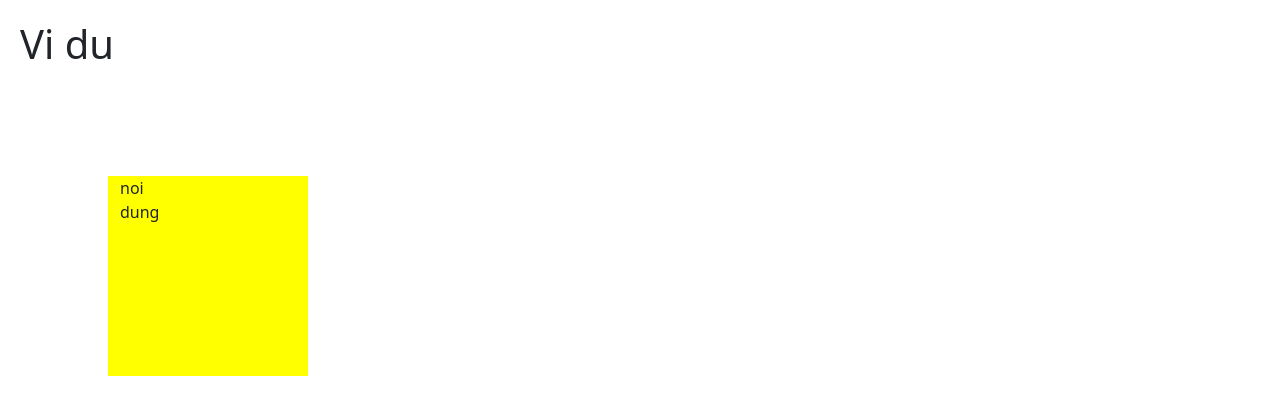
Repository: thanhp6868/ltWeb
Page: 0410/1/1.html
An editor plug-in stored every save of this project. The page is shown before and after the next save, followed by the edit.
The browser window is 1280 px wide. The pictures show the whole page.
The pointer rests on the first visible `#vidu_transition`.

Above is the page before, as saved 2023-10-04 14:01:34.

### 0410/1/1.html
<!DOCTYPE html>
<html lang="en">

<head>
    <meta charset="UTF-8">
    <link href="https://cdn.jsdelivr.net/npm/bootstrap@5.2.3/dist/css/bootstrap.min.css" rel="stylesheet"
        integrity="sha384-rbsA2VBKQhggwzxH7pPCaAqO46MgnOM80zW1RWuH61DGLwZJEdK2Kadq2F9CUG65" crossorigin="anonymous">
    <meta name="viewport" content="width=device-width, initial-scale=1.0">
    <link rel="stylesheet" type="" href="style1.css">
    <title>Document</title>
</head>

<body style="padding: 20px;">
    <h1>Vi du</h1>
    <div class="row">
        <div id="vidu_transition">
            <div class="col-3" ,>
                noi dung
            </div>
        </div>
    </div>
</body>

</html>

### 0410/1/style1.css
#vidu_transition{
    height: 100px;
    width: 100px;
    background-color: bisque;
    transition: 0.5s;

}
#vidu_transition:hover{
    transform: translate(100px,100px);
        height: 200px;
        width: 200px;
        background-color: yellow;
}

After the next save:
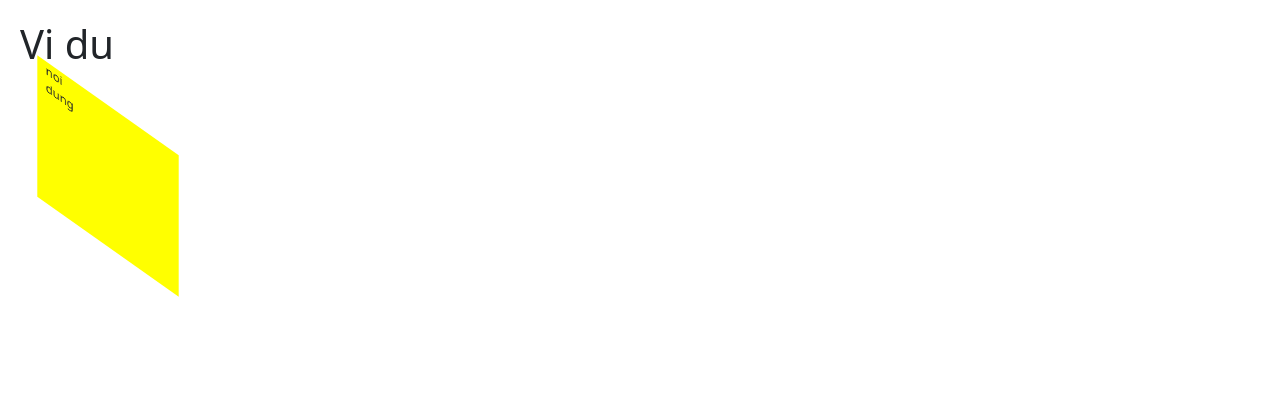
Saved 6 min 31 s later.
--- a/0410/1/style1.css
+++ b/0410/1/style1.css
@@ -6,7 +6,7 @@
 
 }
 #vidu_transition:hover{
-    transform: translate(100px,100px);
+    transform: rotateX(45deg) rotateY(45deg);
         height: 200px;
         width: 200px;
         background-color: yellow;

After the save that followed:
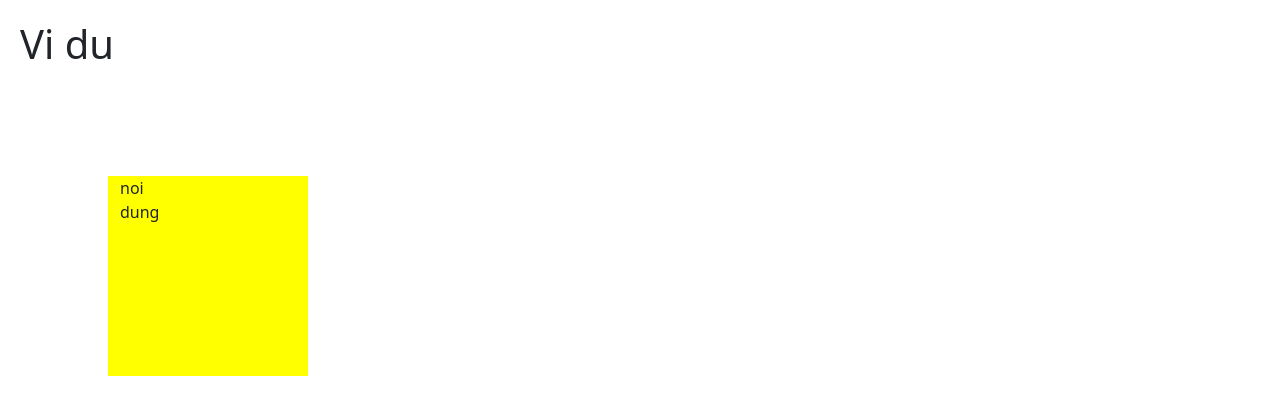
Saved 101 s later.
--- a/0410/1/style1.css
+++ b/0410/1/style1.css
@@ -6,7 +6,7 @@
 
 }
 #vidu_transition:hover{
-    transform: rotateX(45deg) rotateY(45deg);
+        transform: translate(100px, 100px);
         height: 200px;
         width: 200px;
         background-color: yellow;
